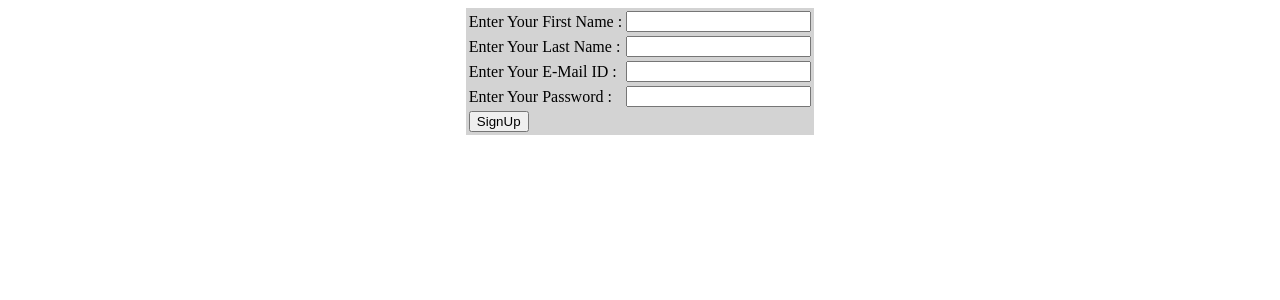
Repository: DAC-Sept2022-SagarPokale-70466/05_J2EE
Page: Day_03/src/main/webapp/register.html
These files come from the project's save history. The page is drawn as it stood at one moment and after the next save; the edit follows.
The browser window is 1280 px wide. The pictures show the whole page.

Above is the page before, as saved 2022-11-24 16:34:23.

After the next save:
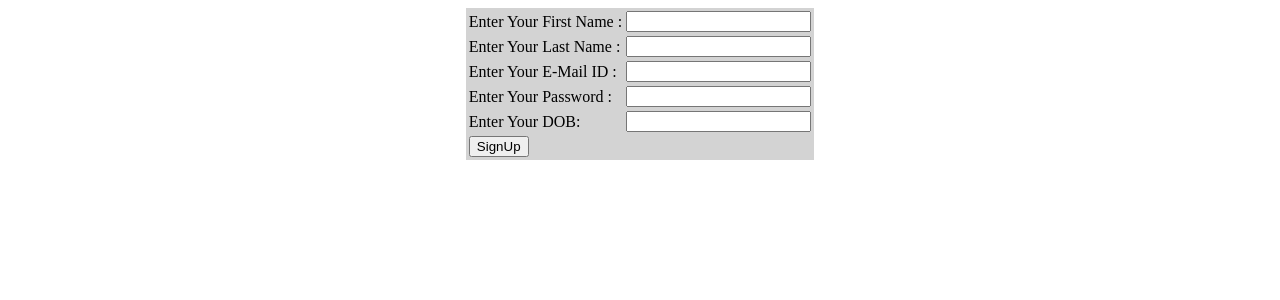
Saved 15 s later.
--- a/Day_03/src/main/webapp/register.html
+++ b/Day_03/src/main/webapp/register.html
@@ -6,35 +6,40 @@
 </head>
 <body>
 
- <form action="signUp" method="post">
-      <table style="background-color: lightgrey; margin: auto">
+	<form action="signUp" method="post">
+		<table style="background-color: lightgrey; margin: auto">
 
-        <tr>
-          <td>Enter Your First Name : </td>
-          <td><input type="text" name="fname" /></td>
-        </tr>
+			<tr>
+				<td>Enter Your First Name :</td>
+				<td><input type="text" name="fname" /></td>
+			</tr>
 
-        <tr>
-          <td>Enter Your Last Name :  </td>
-          <td><input type="text" name="lname" /></td>
-        </tr>
+			<tr>
+				<td>Enter Your Last Name :</td>
+				<td><input type="text" name="lname" /></td>
+			</tr>
 
-		<tr>
-          <td>Enter Your E-Mail ID :  </td>
-          <td><input type="email" name="email" /></td>
-        </tr>
+			<tr>
+				<td>Enter Your E-Mail ID :</td>
+				<td><input type="email" name="email" /></td>
+			</tr>
 
-		<tr>
-          <td>Enter Your Password :  </td>
-          <td><input type="password" name="password" /></td>
-        </tr>
+			<tr>
+				<td>Enter Your Password :</td>
+				<td><input type="password" name="password" /></td>
+			</tr>
+
+			<tr>
+				<td>Enter Your DOB:</td>
+				<td><input type="text" name="lname" /></td>
+			</tr>
 
 
-        <tr>
-          <td><input type="submit" value="SignUp" /></td>
-        </tr>
-      </table>
-    </form>
+			<tr>
+				<td><input type="submit" value="SignUp" /></td>
+			</tr>
+		</table>
+	</form>
 
 </body>
 </html>
